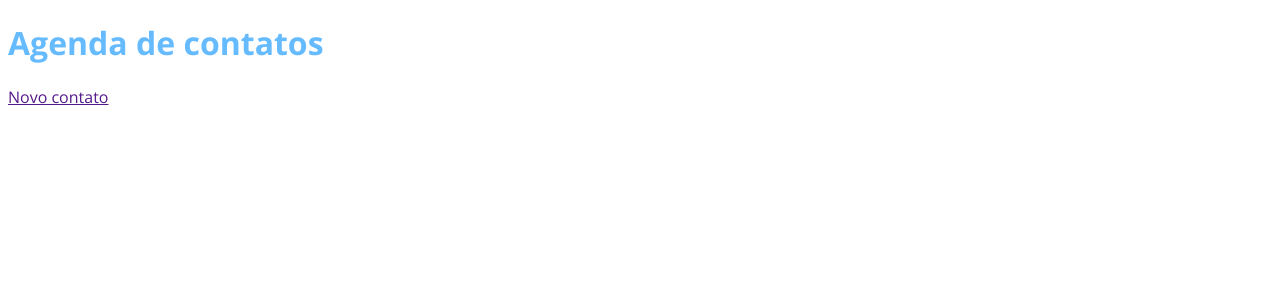
Repository: sergiotales1/agendactt-java
Page: http://localhost/agenda/agenda.jsp
The author's editor kept a copy of each file at every save. The page is drawn from the files as they stood at one save, then again after the next save.
The browser window is 1280 px wide. The pictures show the whole page.
The page is served by Tomcat 9.

Above is the page before, as saved 2023-11-25 18:22:41.

After the next save:
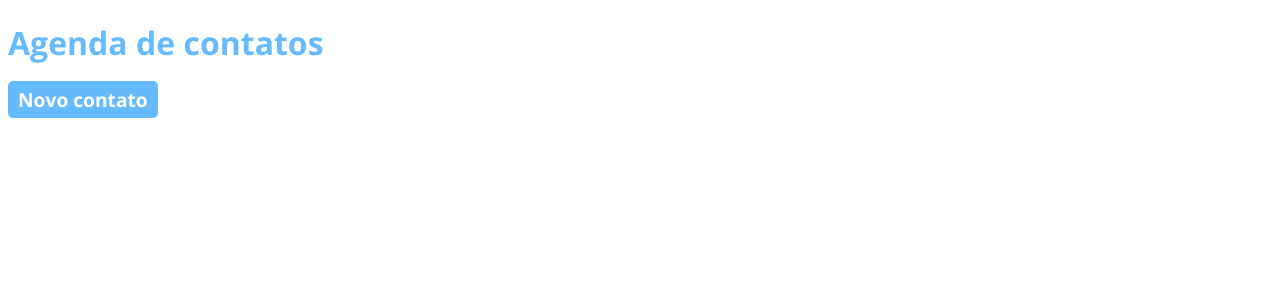
Saved 56 s later.
--- a/agenda/src/main/webapp/agenda.jsp
+++ b/agenda/src/main/webapp/agenda.jsp
@@ -10,6 +10,6 @@
 </head>
 <body>
 	<h1>Agenda de contatos</h1>
-	<a href="">Novo contato</a>
+	<a href="" class="Botao1">Novo contato</a>
 </body>
 </html>
